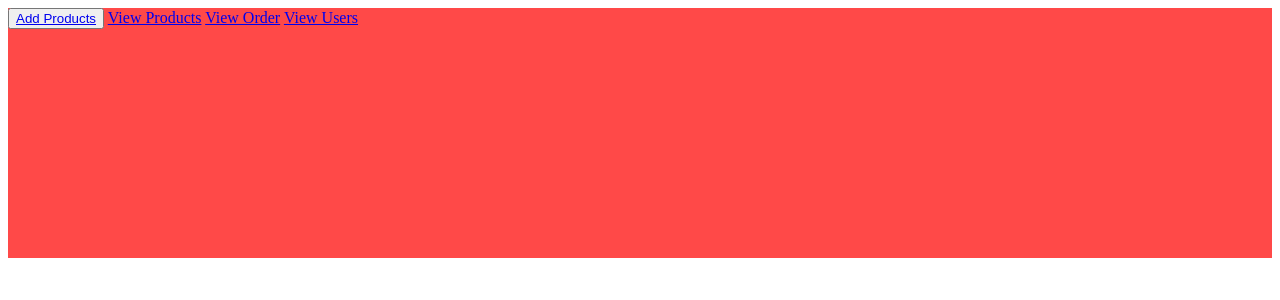
Repository: abhishekgandhi2398/BookStore
Page: http://localhost/BookStore/2.jsp
These files come from the project's save history. The page is drawn as it stood at one moment and after a run of saves; the edit follows.
The browser window is 1280 px wide. The pictures show the whole page.
The page is served by Tomcat 9. Other server files are loaded and not shown.

Above is the page before, as saved 2019-12-06 15:45:19.

### ProjectJava/BookStore/WebContent/2.jsp
<%@ page language="java" contentType="text/html; charset=ISO-8859-1"
    pageEncoding="ISO-8859-1"%>
<!DOCTYPE html>
<html>
<head>
<meta charset="ISO-8859-1">
<title>Insert title here</title>
</head>
<body>


<div style="background-color: #FF4948; height: 250px; width: 100%;" class="d-flex justify-content-center  align-items-center">







<button><a href="add_product.jsp">Add Products</a></button>









<a href="admin_view_product.jsp">View Products</a>

<a href="vieworderadmin.jsp">View Order</a>

<a href="admin_view_users.jsp">View Users</a>

</div>

</body>
</html>

After the next 2 saves:
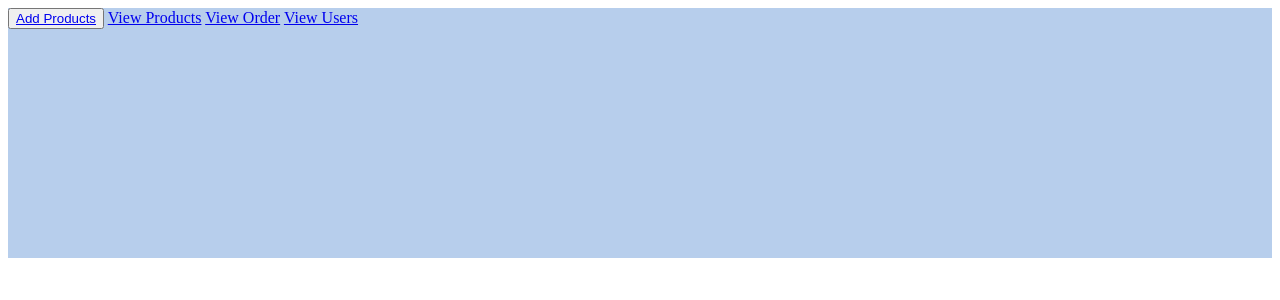
The 2 saves are shown as one change because they came seconds apart.
The last was saved 64 s later.
--- a/ProjectJava/BookStore/WebContent/2.jsp
+++ b/ProjectJava/BookStore/WebContent/2.jsp
@@ -9,7 +9,7 @@
 <body>
 
 
-<div style="background-color: #FF4948; height: 250px; width: 100%;" class="d-flex justify-content-center  align-items-center">
+<div style="background-color: #B7CEEC; height: 250px; width: 100%;" class="d-flex justify-content-center  align-items-center">
 
 
 
@@ -17,7 +17,7 @@
 
 
 
-<button><a href="add_product.jsp">Add Products</a></button>
+<button ><a href="add_product.jsp">Add Products</a></button>
 
 
 
